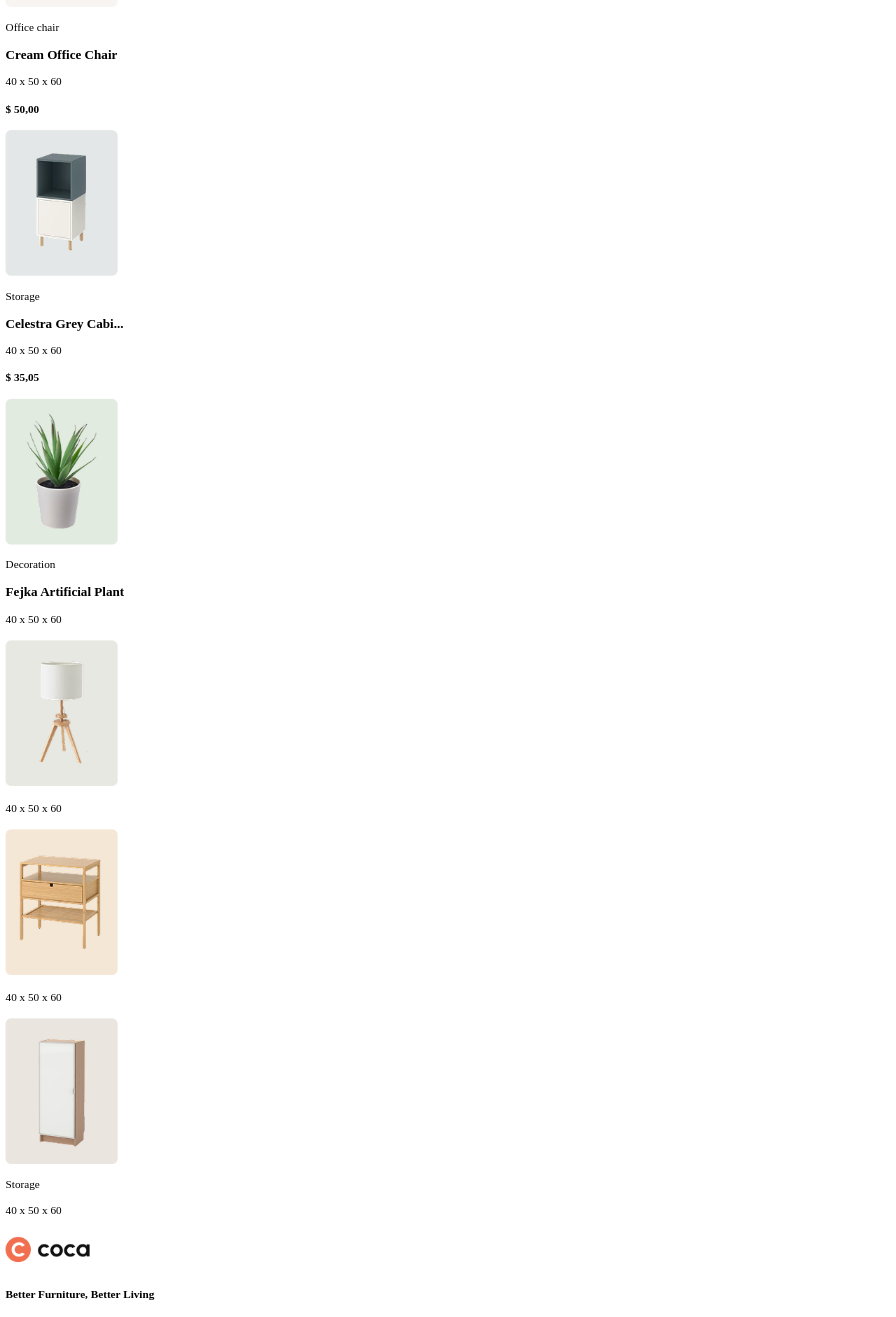
Repository: MatheusEich15/FrontEnd
Page: Prova 1 FrontEnd/Prova 1 FrontEnd/index.html
An editor plug-in stored every save of this project. The page is shown before and after the next save, followed by the edit.
The browser window is 1280 px wide. The pictures show the part of the page from y = 1427 to 3347 px (the page is 3308 px tall before and 3347 px after), at 70% of full size.

Above is the page before, as saved 2026-03-12 10:00:16.

After the next save:
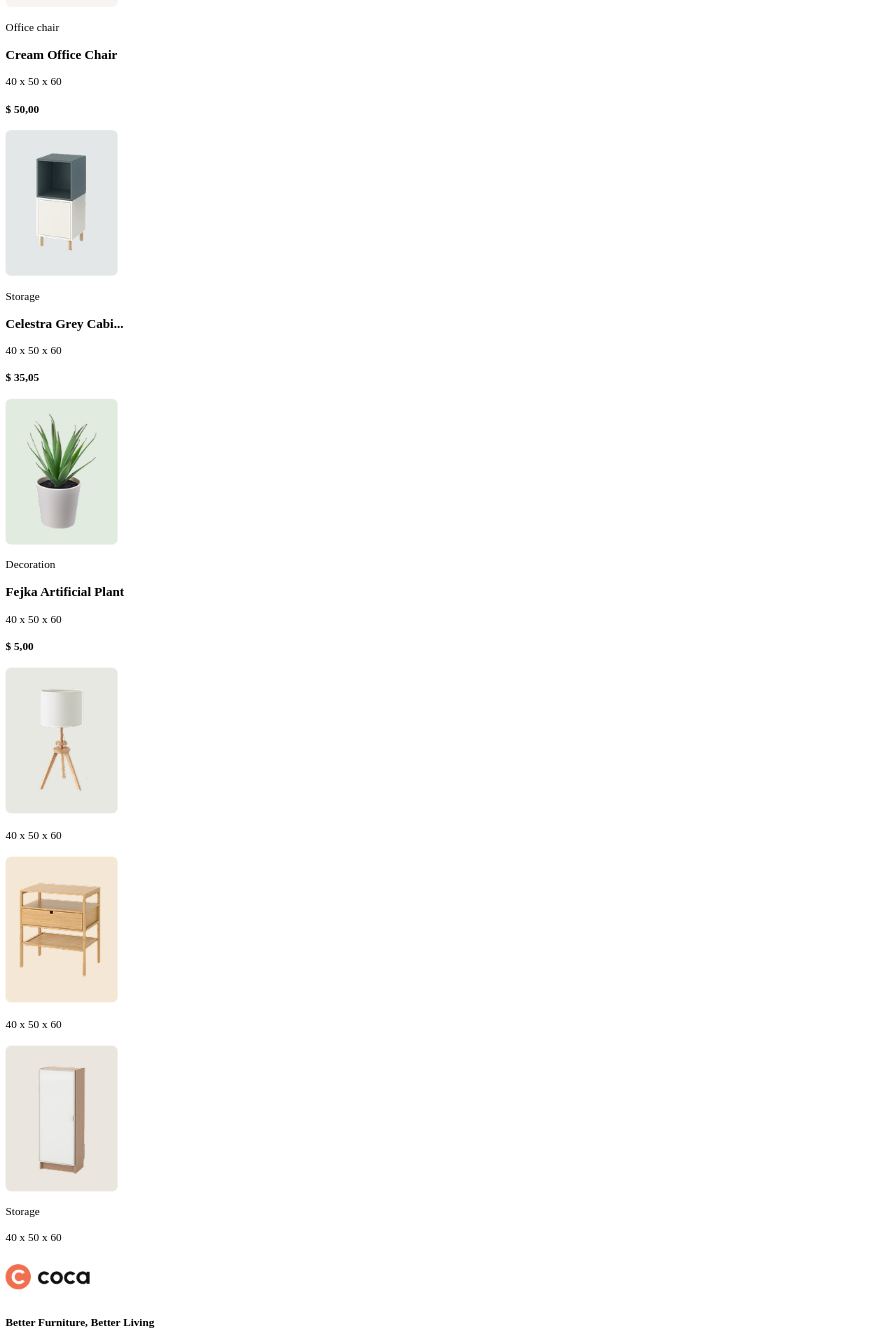
Saved 6 s later.
--- a/Prova 1 FrontEnd/Prova 1 FrontEnd/index.html
+++ b/Prova 1 FrontEnd/Prova 1 FrontEnd/index.html
@@ -117,7 +117,7 @@
                     <p>Decoration</p>
                     <h3>Fejka Artificial Plant</h3>
                     <p>40 x 50 x 60</p>
-                    <h4></h4>
+                    <h4>$ 5,00</h4>
                 </div>
                 <div class="product-item">
                     <img src="./assets/images/Products images/White Standing La.png" alt="Luminária Cor Branca">
